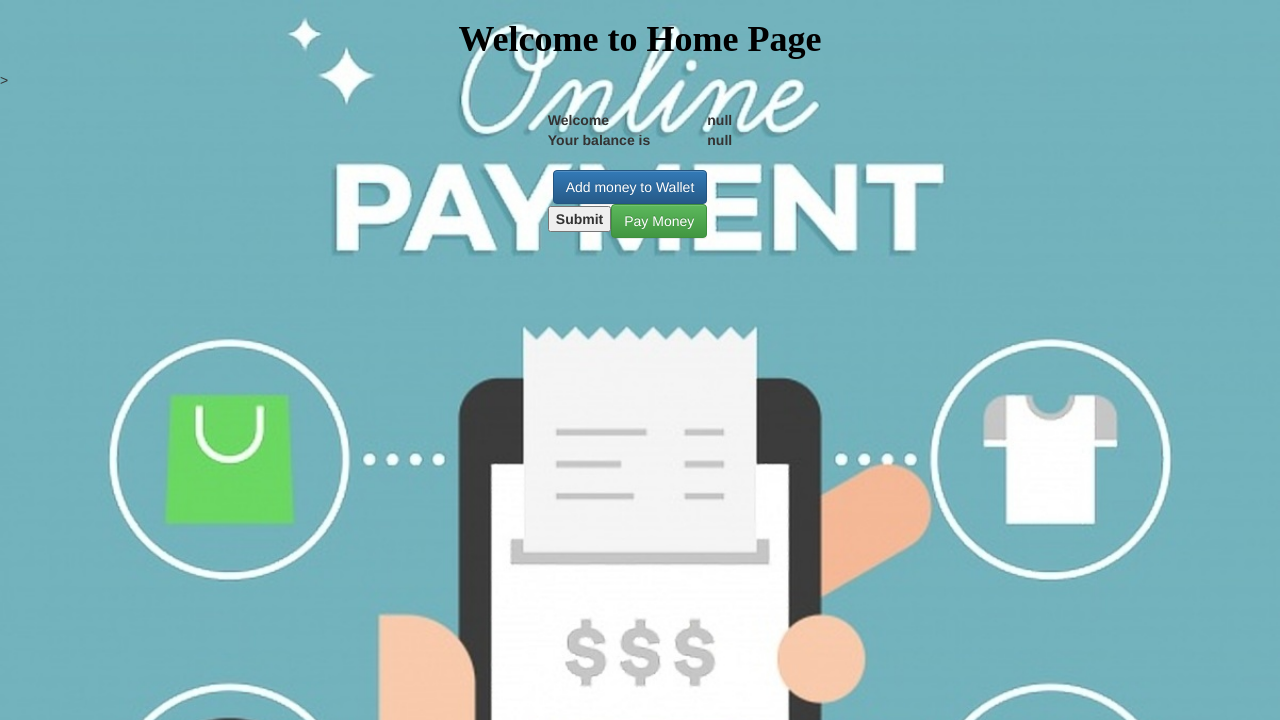
Repository: shaharyar-shamshi/crossplatform
Page: http://localhost/transaction/home.jsp
An editor plug-in stored every save of this project. The page is shown before and after the next save, followed by the edit.
The browser window is 1280 px wide. The pictures show the whole page.
The page is served by Tomcat 9. The template is opened directly, without the code that normally fills it, so the values that code supplies are empty.

Above is the page before, as saved 2018-02-04 09:52:24.
Console error (its wording comes from the project's code and is left out).

After the next save:
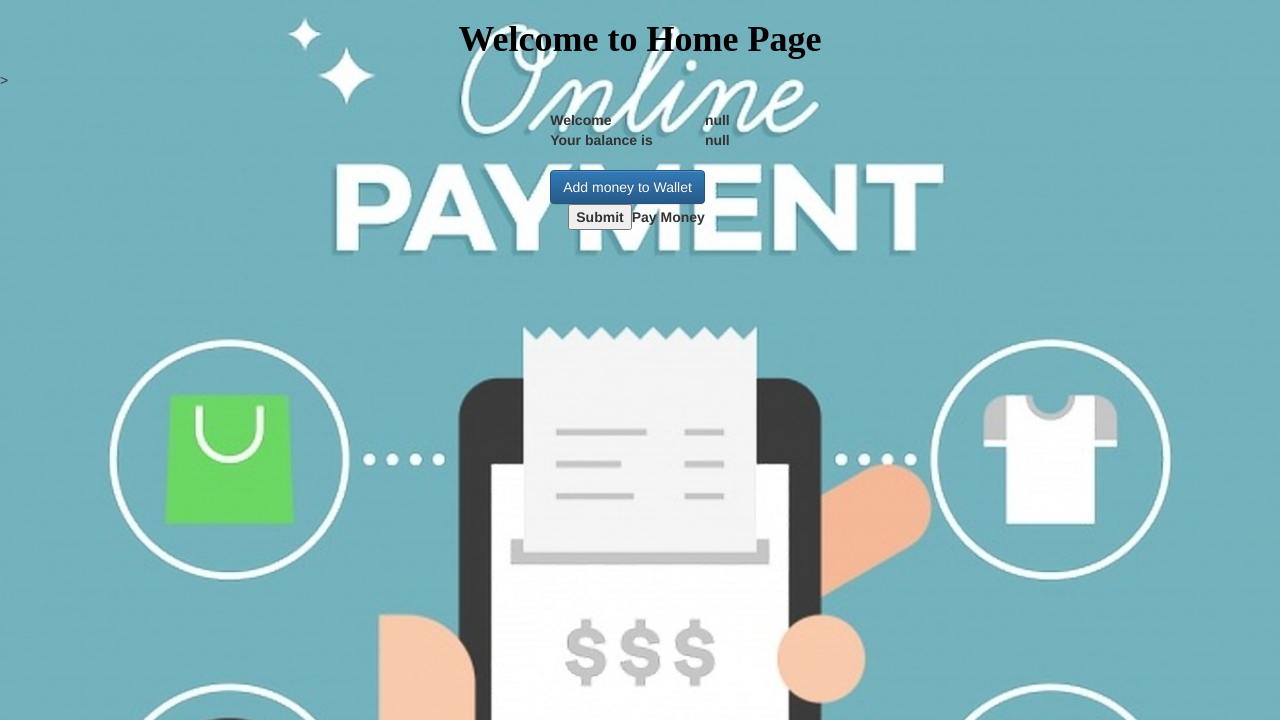
Saved 61 s later.
--- a/transaction/WebContent/home.jsp
+++ b/transaction/WebContent/home.jsp
@@ -55,7 +55,7 @@ body
 <td> <button class="btn btn-primary">Add money to Wallet</button>
 <form action="pay.jsp" method="post">
 <%request.setAttribute("userid", request.getAttribute("name")) ;%>
-<input type="submit" ><button class="btn btn-success">Pay Money</button></input>
+<input type="submit" >Pay Money</button></input>
 </form>
 
 </tr>
